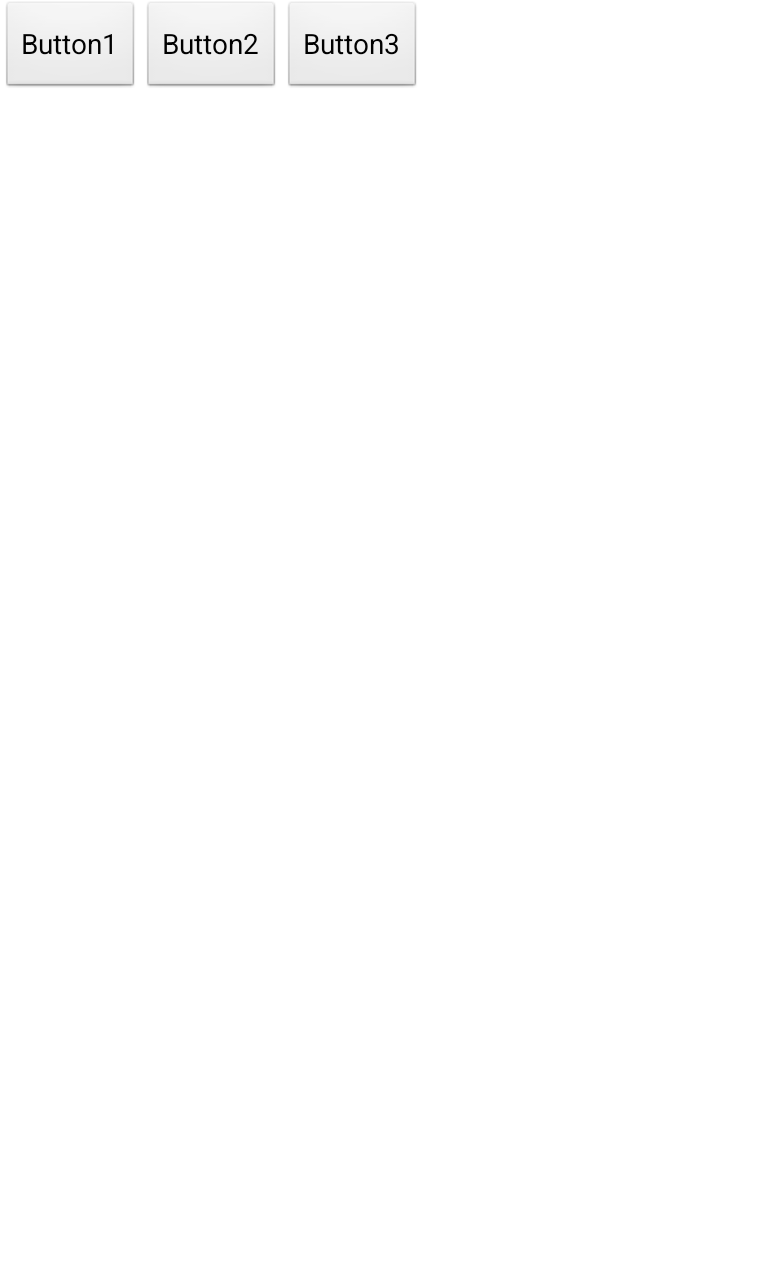
Repository: yjaeseok/gnssm_android_codelab
Layout: source/Day1-Layout/res/layout/linearlayout.xml
These files come from the project's save history. The layout is drawn as it stood at one moment and after the next save; the edit follows.
It is drawn on a 768 x 1280 px phone screen (xhdpi) without system bars, with theme android:Theme.Light; the app's code is not run.

Above is the layout before, as saved 2014-03-26 11:46:54.

### source/Day1-Layout/res/layout/linearlayout.xml
<?xml version="1.0" encoding="utf-8"?>
<LinearLayout xmlns:android="http://schemas.android.com/apk/res/android"
    android:layout_width="match_parent"
    android:layout_height="match_parent"
    android:orientation="horizontal" >
    <Button
        android:layout_width="wrap_content"
        android:layout_height="wrap_content"
        android:text="Button1"/>
    <Button
        android:layout_width="wrap_content"
        android:layout_height="wrap_content"
        android:text="Button2"/>
    <Button
        android:layout_width="wrap_content"
        android:layout_height="wrap_content"
        android:text="Button3"/>
</LinearLayout>

After the next save:
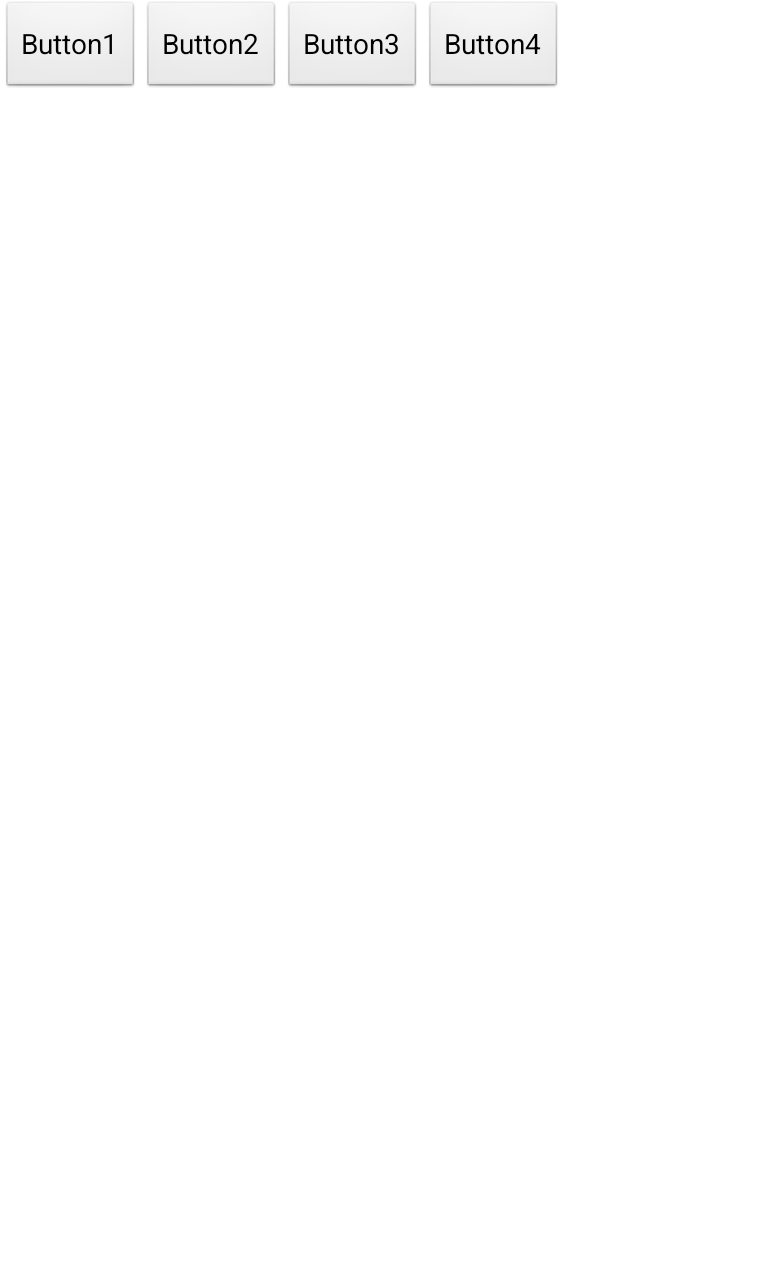
Saved 117 s later.
--- a/source/Day1-Layout/res/layout/linearlayout.xml
+++ b/source/Day1-Layout/res/layout/linearlayout.xml
@@ -15,4 +15,8 @@
         android:layout_width="wrap_content"
         android:layout_height="wrap_content"
         android:text="Button3"/>
+    <Button
+        android:layout_width="wrap_content"
+        android:layout_height="wrap_content"
+        android:text="Button4"/>
 </LinearLayout>
